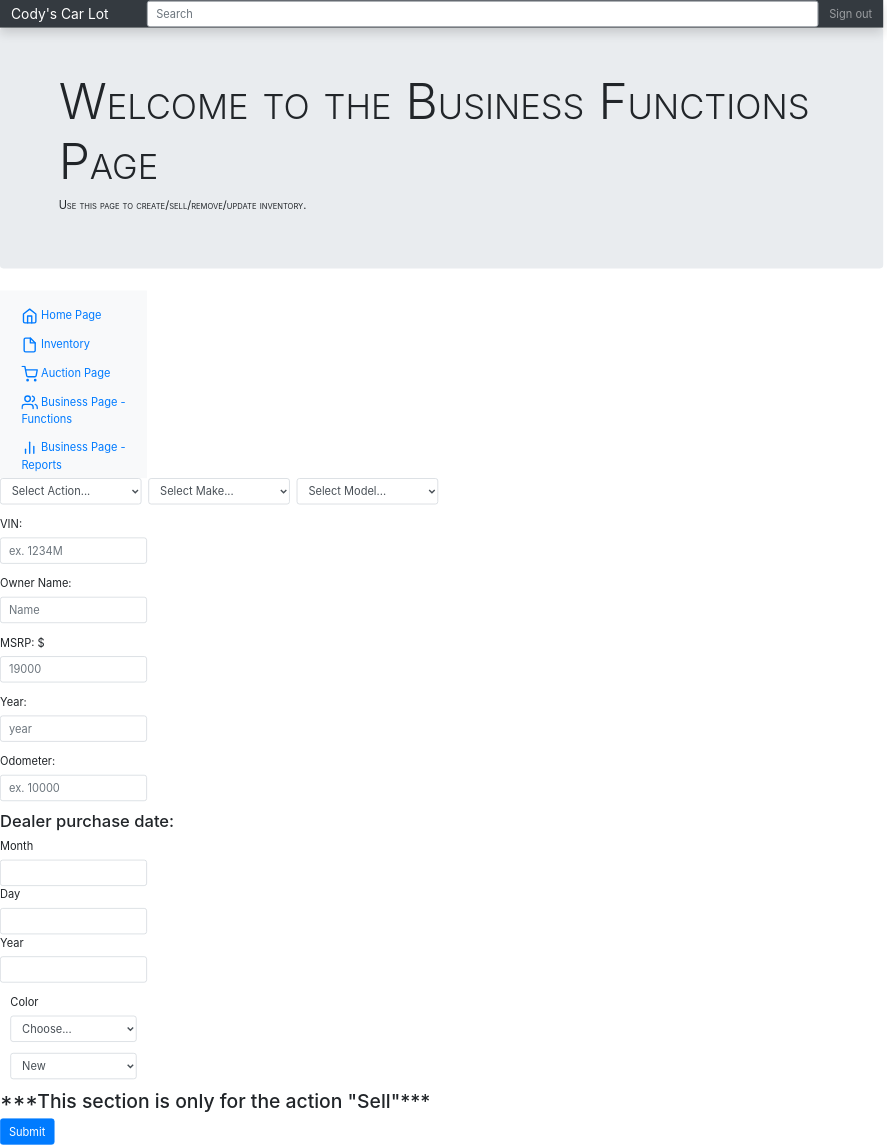
Repository: CodyHogge/CarDealershipProject
Page: http://localhost/CarDealershipProject/booted_functions.jsp
An editor plug-in stored every save of this project. The page is shown before and after the next save, followed by the edit.
The browser window is 1280 px wide. The page is 1285 px wide, so the pictures cover 1285 px, including what lies to the right of the window. The pictures show the whole page, at 69% of full size.
The page is served by Tomcat 9.

Above is the page before, as saved 2020-09-16 17:19:24.

After the next save:
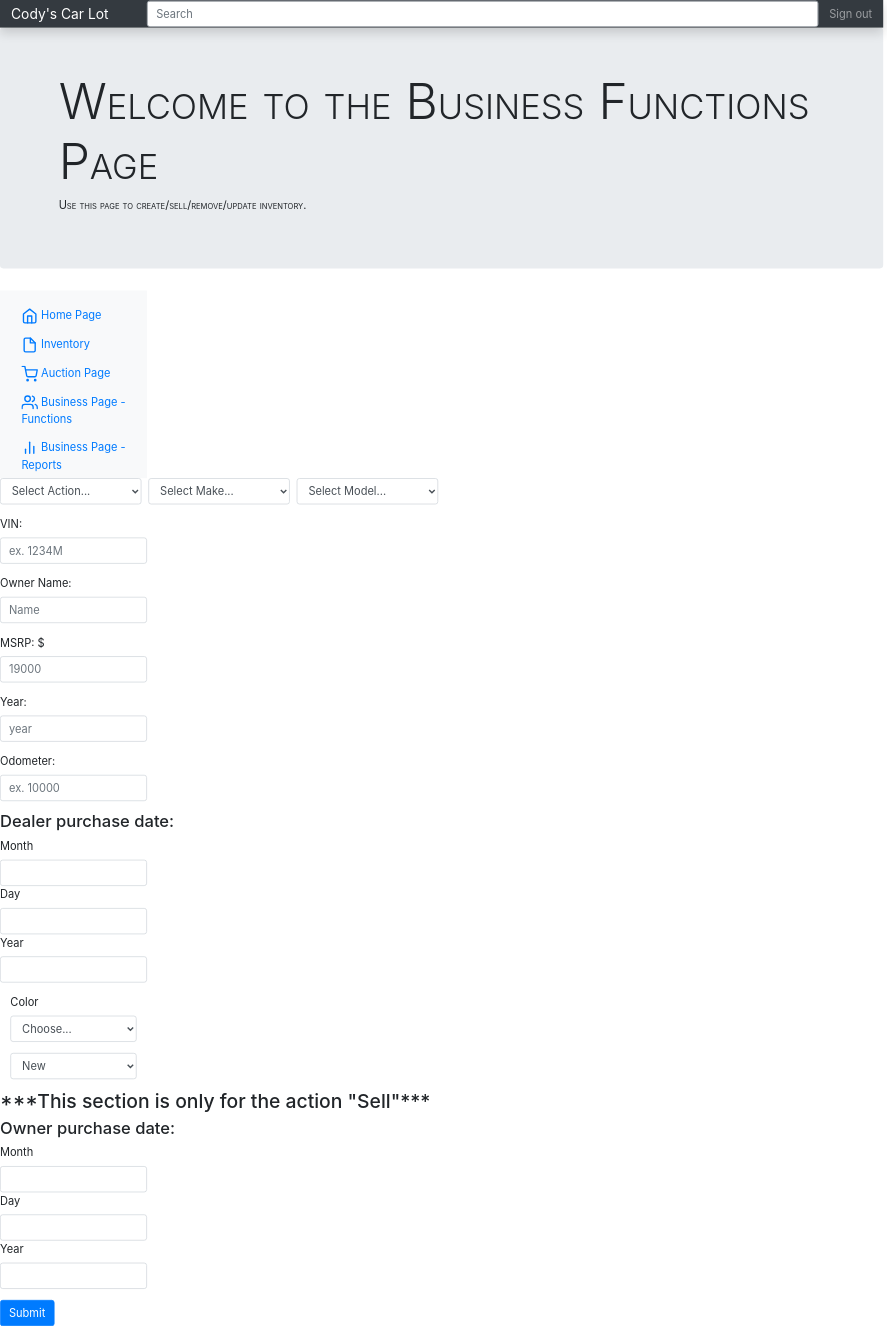
Saved 44 s later.
--- a/CarDealershipProject/WebContent/booted_functions.jsp
+++ b/CarDealershipProject/WebContent/booted_functions.jsp
@@ -150,6 +150,17 @@
 
 
 		<h3>***This section is only for the action "Sell"***</h3>
+		<div class="form-group">
+				<h4>Owner purchase date:</h4>
+					<label for="soldMm">Month</label>
+					<input type="text" class="form-control col-md-2" name="dealer-mm" id="dealer-mm">
+					<label for="soldDd">Day</label>
+					<input type="text" class="form-control col-md-2" name="dealer-dd" id="dealer-dd">
+					<label for="SoldYyyy">Year</label>
+					<input type="text" class="form-control col-md-2" name="dealer-yyyy" id="dealer-yyyy">
+			</div>
+
+
 
   		<button type="submit" class="btn btn-primary">Submit</button>
 	</form>
